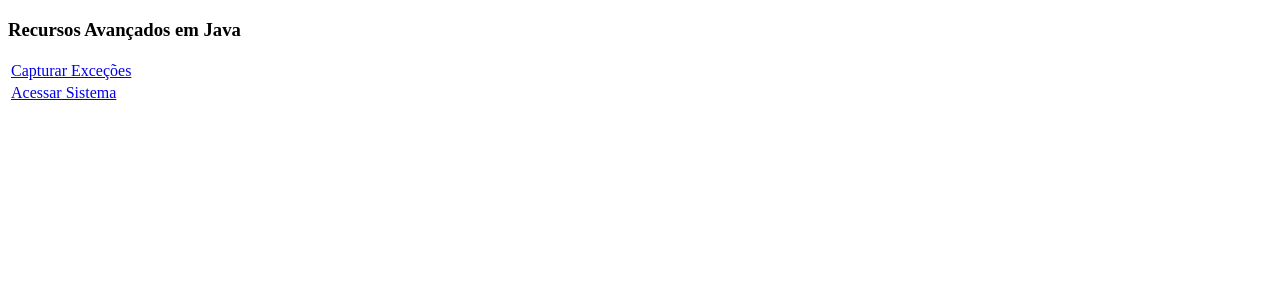
Repository: VictorGOrellana/RecursosJava
Page: http://localhost/curso.edu/
These files come from the project's save history. The page is drawn as it stood at one moment and after the next save; the edit follows.
The browser window is 1280 px wide. The pictures show the whole page.
The page is served by Tomcat 9.

Above is the page before, as saved 2019-07-25 17:32:26.

After the next save:
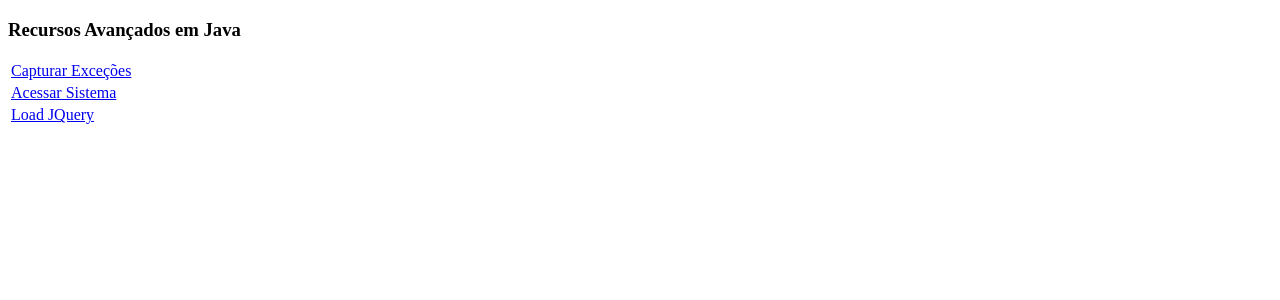
Saved 7 s later.
--- a/curso.edu/WebContent/index.jsp
+++ b/curso.edu/WebContent/index.jsp
@@ -15,10 +15,16 @@
 
 	<table>
 		<tr>
-			<td><a href="/curso.edu/pages/capturarExcecoes.jsp">Capturar Exceções</a></td>
+			<td><a href="/curso.edu/pages/capturarExcecoes.jsp">Capturar
+					Exceções</a></td>
 		</tr>
 		<tr>
-			<td><a href="/curso.edu/pages/acessoAoSistema.jsp">Acessar Sistema</a></td>
+			<td><a href="/curso.edu/pages/acessoAoSistema.jsp">Acessar
+					Sistema</a></td>
+		</tr>
+
+		<tr>
+			<td><a href="pages/paginaPai.jsp">Load JQuery</a></td>
 		</tr>
 	</table>
 
